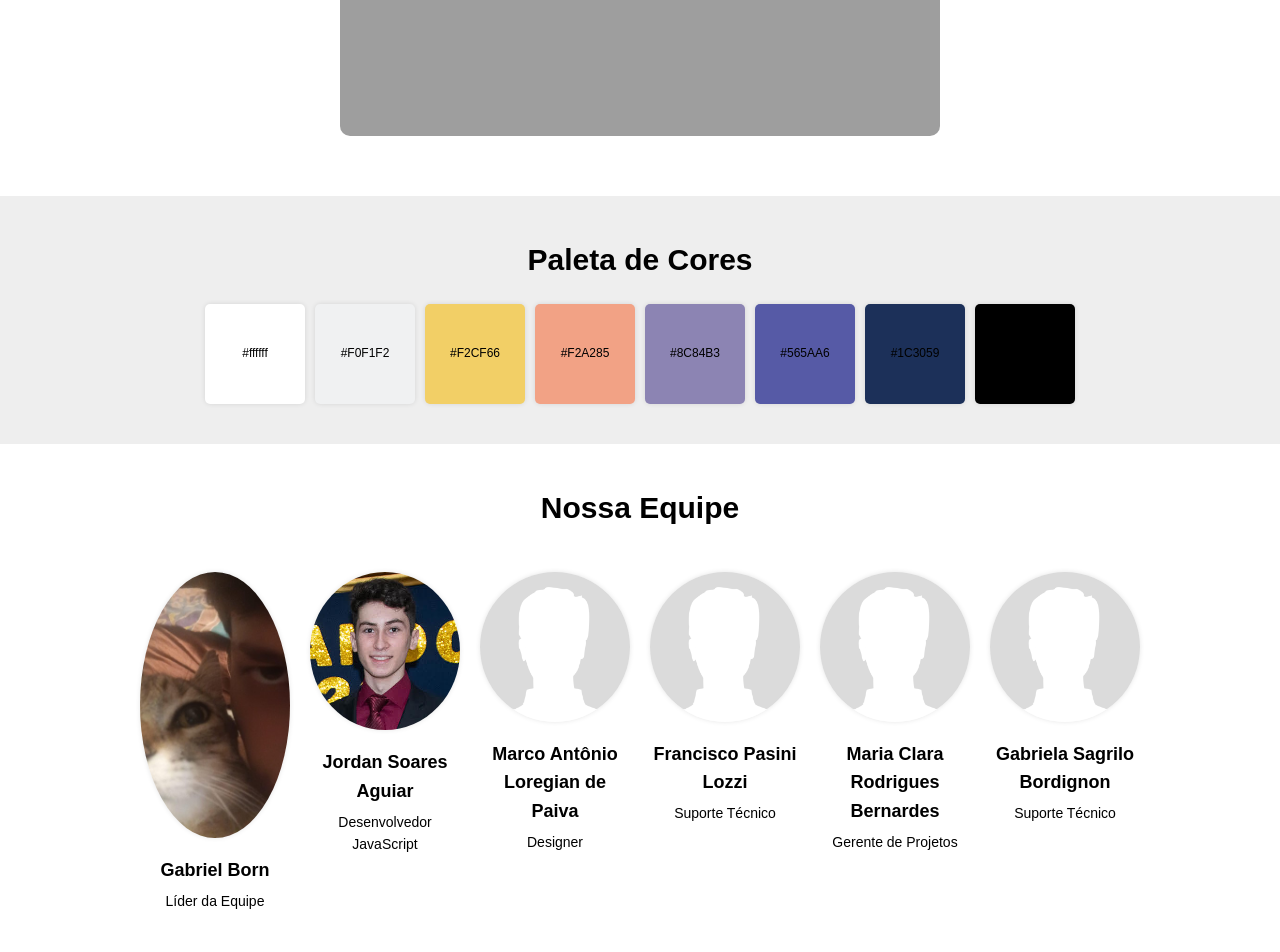
Repository: Gabrielb0rn/0EasyDesk.io
Page: about.html
These files come from the project's save history. The page is drawn as it stood at one moment and after a run of saves; the edit follows.
The browser window is 1280 px wide. The pictures show the part of the page from y = 800 to 1752 px (the page is 1752 px tall).
Pictures or frames that could not be fetched are drawn as grey boxes.

Above is the page before, as saved 2024-11-26 12:31:18.
Console error: TypeError: Cannot set properties of null (setting 'innerHTML')

### about.html
<!DOCTYPE html>
<html lang="pt-BR">
<head>
    <meta charset="UTF-8">
    <meta name="viewport" content="width=device-width, initial-scale=1.0">
    <title>EasyDesk</title>
    <link rel="stylesheet" href="assets\.css\components\about\about.css">
    <link rel="stylesheet" href="assets\.css\main.css">
    <link rel="shortcut icon" href="assets\.css\favicon\EasyDeskLogo.ico" type="image/x-icon">
</head>
<body>
    <header>
        <nav>
            <div class="left-section">
                <div class="logo">
                    <a href="index.html"><img src="assets\.css\favicon\EasyDeskLogo.ico" alt="Logo EasyDesk"></a>
                </div>
                <ul class="nav-links">
                    <li>
                        <img src="assets\.css\icons\nav\about-svgrepo-com.svg" alt="Sobre Nós">
                        <a href="about.html">Sobre Nós</a>
                    </li>
                    <li>
                        <img src="assets\.css\icons\nav\services-20px-svgrepo-com.svg" alt="Serviços">
                        <a href="services.html">Serviços</a>
                    </li>
                    <li>
                        <img src="assets\.css\icons\nav\prices-svgrepo-com.svg" alt="Preços / Planos">
                        <a href="prices.html">Preços / Planos</a>
                    </li>
                    <li>
                        <img src="assets\.css\icons\nav\shopping-bags-shopping-bag-svgrepo-com.svg" alt="Produtos">
                        <a href="product.html">Produtos</a>
                    </li>
                    <li>
                        <img src="assets\.css\icons\nav\contact-us-filled-svgrepo-com.svg" alt="Nos contate">
                        <a href="contactus.html">Nos contate</a>
                    </li>
                </ul>
            </div>
            <div class="auth-buttons">
                <div class="theme-toggle">
                    <img src="assets\.css\icons\nav\bright-sun-light-svgrepo-com.svg" alt="Mudar Tema" onclick="toggleTheme()">
                </div>

                <a href="login.html"><button class="sign-in">Login</button></a>
                <a href="register.html"><button>Register</button></a>
            </div>
        </nav>
    </header>
    <main>
        <section class="about-description">
            <h1>Sobre Nós</h1>
            <p>A EasyDesk é uma empresa especializada em soluções de gerenciamento de estoque que visa simplificar a organização e administração de inventários. Nosso objetivo é proporcionar uma plataforma fácil de usar e eficiente, que auxilie empresas de todos os tamanhos a manterem seus estoques sob controle, minimizando perdas e maximizando a eficiência operacional.</p>
        </section>

        <section class="about-location">
            <h2>Localização</h2>
            <div class="map-container">
                <iframe src="https://www.google.com/maps/embed?pb=!1m18!1m12!1m3!1d9510.208125819185!2d-48.49829735881138!3d-27.550291999660544!2m3!1f0!2f0!3f0!3m2!1i1024!2i768!4f13.1!3m3!1m2!1s0x9527475e01a8efef%3A0x5b0f13adab8483ec!2sSENAI%20Florian%C3%B3polis%20(CTAI)!5e1!3m2!1spt-BR!2sbr!4v1725464397725!5m2!1spt-BR!2sbr" width="600" height="450" style="border:0;" allowfullscreen="" loading="lazy" referrerpolicy="no-referrer-when-downgrade"x></iframe>
            </div>
        </section>

        <section class="about-colors">
            <h2>Paleta de Cores</h2>
            <div class="color-palette">
                <div class="color" style="background-color: #ffffff;">#ffffff</div>
                <div class="color" style="background-color: #F0F1F2;">#F0F1F2</div>
                <div class="color" style="background-color: #F2CF66;">#F2CF66</div>
                <div class="color" style="background-color: #F2A285;">#F2A285</div>
                <div class="color" style="background-color: #8C84B3;">#8C84B3</div>
                <div class="color" style="background-color: #565AA6;">#565AA6</div>
                <div class="color" style="background-color: #1C3059;">#1C3059</div>
                <div class="color" style="background-color: #000000;">#000000</div>
            </div>
        </section>

        <section class="about-team">
            <h2>Nossa Equipe</h2>
            <div class="team-members">
                <div class="member">
                    <img src="assets\.css\images\members\born (Telefone).jpg" alt="Gabriel Born">
                    <h3>Gabriel Born</h3>
                    <p>Líder da Equipe</p>

                </div>
                <div class="member">
                    <img src="assets\.css\images\members\jordan.jpg" alt="Membro 1">
                    <h3>Jordan Soares Aguiar</h3>
                    <p>Desenvolvedor JavaScript</p>
                </div>
                <div class="member">
                    <img src="assets\.css\images\members\v53_158.png" alt="Membro 2">
                    <h3>Marco Antônio Loregian de Paiva</h3>
                    <p>Designer</p>
                </div>
                <div class="member">
                    <img src="assets\.css\images\members\v53_158.png" alt="Membro 3">
                    <h3>Francisco Pasini Lozzi</h3>
                    <p>Suporte Técnico</p>
                </div>
                <div class="member">
                    <img src="assets\.css\images\members\v53_158.png" alt="Membro 4">
                    <h3>Maria Clara Rodrigues Bernardes</h3>
                    <p>Gerente de Projetos</p>
                </div>
                <div class="member">
                    <img src="assets\.css\images\members\v53_158.png" alt="Membro 5">
                    <h3>Gabriela Sagrilo Bordignon</h3>
                    <p>Suporte Técnico</p>
                </div>
            </div>
        </section>
    </main>
    <script src="assets\,js\main.js"></script>
</body>
</html>

### assets/.css/components/about/about.css
/* Seção Sobre Nós */
.about-description {
    text-align: center;
    padding: 40px 20px;
    background-color: var(--header-bg);
}

.about-description h1 {
    font-size: 36px;
    margin-bottom: 20px;
}

.about-description p {
    font-size: 18px;
    margin: 0 auto;
    max-width: 800px;
}

/* Seção Localização */
.about-location {
    text-align: center;
    padding: 40px 20px;
}

.about-location h2 {
    font-size: 30px;
    margin-bottom: 20px;
}

.map-container {
    display: flex;
    justify-content: center;
    margin-bottom: 20px;
}

/* Seção Paleta de Cores */
.about-colors {
    text-align: center;
    padding: 40px 20px;
    background-color: var(--card-bg);
}

.about-colors h2 {
    font-size: 30px;
    margin-bottom: 20px;
}

.color-palette {
    display: flex;
    justify-content: center;
    gap: 10px;
    flex-wrap: wrap;
}

.color {
    width: 100px;
    height: 100px;
    display: flex;
    justify-content: center;
    align-items: center;
    font-size: 12px;
    color: var(--text-color);
    border-radius: 5px;
    box-shadow: 0 0 5px rgba(0, 0, 0, 0.1);
}

/* Seção Nossa Equipe */
.about-team {
    text-align: center;
    padding: 40px 20px;
}

.about-team h2 {
    font-size: 30px;
    margin-bottom: 40px;
}

.team-members {
    display: flex;
    justify-content: center;
    gap: 20px;
    flex-wrap: wrap;
}

.member {
    width: 150px;
    text-align: center;
}

.member img {
    width: 100%;
    height: auto;
    border-radius: 50%;
    box-shadow: 0 0 5px rgba(0, 0, 0, 0.1);
    margin-bottom: 10px;
}

.member h3 {
    font-size: 18px;
    margin-bottom: 5px;
}

.member p {
    font-size: 14px;
    color: var(--text-color);
}

/* Mapa*/
iframe{
    border-radius:  10px;
}

### assets/.css/main.css
/* Reset básico */
* {
    margin: 0;
    padding: 0;
    box-sizing: border-box;
}

/* Variáveis de tema */
:root {
    --bg-color: #ffffff;
    --text-color: #000000;
    --header-bg: #f0f0f0;
    --link-color: #000000;
    --link-hover-color: #6a11cb;
    --button-bg: #dddddd;
    --button-text-color: #000000;
    --hero-bg-gradient: linear-gradient(135deg, #ab64a2, #537ec5); /* Atualizado */
    --card-bg: #eeeeee;
    --card-hover-color: #cccccc;
}

body.dark-theme {
    --bg-color: #121212;
    --text-color: white;
    --header-bg: #1a1a1a;
    --link-color: white;
    --link-hover-color: #6a11cb;
    --button-bg: #333;
    --button-text-color: white;
    --hero-bg-gradient: linear-gradient(to bottom, #6a11cb, #2575fc); /* Inalterado no modo escuro */
    --card-bg: #444;
    --card-hover-color: #555;
    --theme-icon: 'resources/nav/moon-white-svgrepo-com (1).svg';
}

body {
    font-family: Arial, sans-serif;
    background-color: var(--bg-color);
    color: var(--text-color);
    line-height: 1.6;
}

/* Estilo do Header */
header nav {
    display: flex;
    justify-content: space-between;
    align-items: center;
    padding: 20px;
    background-color: var(--header-bg);
}

/* Seção esquerda contendo a logo e os links */
.left-section {
    display: flex;
    align-items: center;
}

/* Logo alinhada à esquerda */
.logo {
    display: flex;
    align-items: center;
    margin-right: 30px;
}

.logo img {
    width: 60px;
    height: auto;
}

/* Links de navegação à direita da logo */
.nav-links {
    list-style: none;
    display: flex;
    gap: 20px;
    margin-left: 0;
}

.nav-links a.active {
    font-weight: bold; /* Exemplo: destaque com negrito */
    color: var(--link-hover-color); /* Altere a cor */
    text-decoration: underline; /* Opcional */
}

.nav-links img.active {
    filter: brightness(1.5); /* Torna a imagem mais destacada */
}

/* Estilo dos itens de navegação */
.nav-links li {
    display: flex;
    flex-direction: column;
    align-items: center;
}

/* Estilo das imagens dos links */
.nav-links img {
    width: 24px;
    height: auto;
    margin-bottom: 5px;
    transition: filter 0.3s ease;
}

body.dark-theme .nav-links img {
    filter: brightness(0) invert(1); /* Torna a imagem branca no modo escuro */
}

/* Estilo dos links */
.nav-links a {
    color: var(--link-color);
    text-decoration: none;
    font-size: 16px;
    transition: color 0.3s ease;
}

.nav-links a:hover {
    color: var(--link-hover-color);
}

/* Botões de autenticação */
.auth-buttons {
    display: flex;
    gap: 10px;
    align-items: center; /* Centraliza verticalmente */
}

.auth-buttons button {
    background-color: var(--button-bg);
    color: var(--button-text-color);
    border: none;
    padding: 10px 20px;
    cursor: pointer;
    border-radius: 5px;
    transition: background-color 0.3s ease;
}

.auth-buttons .sign-in {
    background-color: transparent;
    border: 1px solid var(--button-text-color);
}

.auth-buttons button:hover {
    background-color: var(--link-hover-color);
}

/* Hero Section */
.hero {
    text-align: center;
    padding: 80px 20px;
    background: var(--hero-bg-gradient);
}

.hero h1 {
    font-size: 56px;
    margin-bottom: 20px;
}

.hero p {
    font-size: 24px;
    margin-bottom: 40px;
}

.hero-images {
    display: flex;
    justify-content: center;
    gap: 20px;
    margin-bottom: 30px;
}

.hero-images img {
    width: 200px;
    height: auto;
    border-radius: 10px;
}

.hero-links {
    display: flex;
    justify-content: center;
    gap: 20px;
    flex-wrap: wrap;
}

.hero-links a {
    color: var(--link-color);
    text-decoration: none;
    font-size: 18px;
    background-color: var(--button-bg);
    padding: 10px 20px;
    border-radius: 5px;
    transition: background-color 0.3s ease;
}

.hero-links a:hover {
    background-color: var(--link-hover-color);
}

/* Overview Section */
.overview {
    display: flex;
    justify-content: space-around;
    padding: 40px 20px;
    background-color: var(--header-bg);
}

.card {
    background-color: var(--card-bg);
    padding: 20px;
    border-radius: 10px;
    width: 250px;
    text-align: center;
    transition: transform 0.3s ease;
}

.card:hover {
    transform: translateY(-10px);
    background-color: var(--card-hover-color);
}

.card h2 {
    font-size: 24px;
    margin-bottom: 15px;
}

.card p {
    margin-bottom: 10px;
    color: var(--text-color);
}

/* Estilo Responsivo */
@media (max-width: 768px) {
    .hero h1 {
        font-size: 40px;
    }

    .hero p {
        font-size: 20px;
    }

    .hero-images img {
        width: 150px;
    }

    .overview {
        flex-direction: column;
        align-items: center;
    }

    .card {
        width: 80%;
        margin-bottom: 20px;
    }
}

/* Estilo do botão de mudança de tema */
.theme-toggle img {
    margin-right: 15px;
    margin-top: 8px;
    width: 24px;
    height: auto;
    cursor: pointer;
    transition: filter 0.3s ease, transform 0.3s ease;
}

.theme-toggle img:hover {
    transform: scale(1.1);
}

body.dark-theme .theme-toggle img {
    filter: brightness(0) invert(1); /* Torna a imagem branca no modo escuro */
}

/* Responsividade para telas menores */
@media (max-width: 768px) {
    .contact-form-section {
        padding: 20px;
    }

    .contact-form button {
        padding: 12px;
    }
}

/* Seção específica para a página do plano básico */
.hero h1 {
    font-size: 48px;
    margin-bottom: 20px;
}

.hero p {
    font-size: 22px;
    margin-bottom: 40px;
}

/* Particulas bonitinhas */

.particle {
    position: absolute;
    width: 12px;
    height: 12px;
    background-color: #40ffff;
    border-radius: 50%;
    pointer-events: none;
    animation: particle-move 1s forwards;
}

@keyframes particle-move {
    to {
        transform: translate(var(--x), var(--y));
        opacity: 0;
    }
}

### assets/,js/main.js
function toggleTheme() {
    // Alterna a classe 'dark-theme' no body
    document.body.classList.toggle('dark-theme');

    // Verifica se o tema dark está ativado e armazena isso no localStorage
    if (document.body.classList.contains('dark-theme')) {
        localStorage.setItem('theme', 'dark');
    } else {
        localStorage.setItem('theme', 'light');
    }
}

// Função para aplicar o tema salvo no localStorage ao carregar a página
function applyTheme() {
    // Verifica o valor armazenado no localStorage
    const savedTheme = localStorage.getItem('theme');

    // Se o tema salvo for 'dark', aplica a classe 'dark-theme' no body
    if (savedTheme === 'dark') {
        document.body.classList.add('dark-theme');
    } else {
        document.body.classList.remove('dark-theme');
    }
}

// Chama a função para aplicar o tema ao carregar a página
document.addEventListener('DOMContentLoaded', function() {
    applyTheme(); // Aplica o tema salvo ao carregar a página

});

document.addEventListener('DOMContentLoaded', function() {
    // Função para registrar novo usuário
    function registerUser(name, email, password) {
        let users = JSON.parse(localStorage.getItem('users')) || [];
        let user = { name, email, password };
        users.push(user);
        localStorage.setItem('users', JSON.stringify(users));
    }

    // Função para autenticar usuário
    function loginUser(email, password) {
        let users = JSON.parse(localStorage.getItem('users')) || [];
        let user = users.find(user => user.email === email && user.password === password);
        return user ? true : false;
    }

    // Função para verificar se usuário está logado
    function checkLogin() {
        let isLoggedIn = localStorage.getItem('isLoggedIn');
        if (!isLoggedIn && window.location.pathname !== '/index.html' && window.location.pathname !== '/register.html') {
            window.location.href = 'index.html';
        }
    }

    // Adicionar usuário admin
    function addAdminUser() {
        let users = JSON.parse(localStorage.getItem('users')) || [];
        let adminExists = users.some(user => user.email === 'admin@admin.com');
        if (!adminExists) {
            users.push({ name: 'admin', email: 'admin@admin.com', password: 'admin' });
            localStorage.setItem('users', JSON.stringify(users));
        }
    }

    // Adicionar usuário admin no carregamento da página
    addAdminUser();

    // Eventos da página de cadastro
    if (window.location.pathname.endsWith('register.html')) {
        document.getElementById('registerForm').addEventListener('submit', function(event) {
            event.preventDefault();
            let name = document.getElementById('name').value;
            let email = document.getElementById('email').value;
            let password = document.getElementById('password').value;
            registerUser(name, email, password);
            alert('Usuário registrado com sucesso!');
            window.location.href = 'index.html';
        });
    }

    // Eventos da página de login
    if (window.location.pathname.endsWith('index.html')) {
        document.getElementById('loginForm').addEventListener('submit', function(event) {
            event.preventDefault();
            let email = document.getElementById('email').value;
            let password = document.getElementById('password').value;
            if (loginUser(email, password)) {
                localStorage.setItem('isLoggedIn', true);
                window.location.href = 'dashboard.html';
            } else {
                alert('E-mail ou senha incorretos.');
            }
        });
    }

    // Eventos da página de gerenciamento de produtos
    if (window.location.pathname.endsWith('dashboard.html')) {
        checkLogin();
        document.getElementById('productForm').addEventListener('submit', function(event) {
            event.preventDefault();
            let name = document.getElementById('productName').value;
            let description = document.getElementById('productDescription').value;
            let price = document.getElementById('productPrice').value;
            let quantity = document.getElementById('productQuantity').value;
            saveProduct(name, description, price, quantity);
            alert('Produto salvo com sucesso!');
            displayProducts();
        });

        function displayProducts() {
            let productList = document.getElementById('productList');
            productList.innerHTML = '';
            let products = listProducts();
            products.forEach(product => {
                let productElement = document.createElement('div');
                productElement.className = 'product';
                productElement.innerHTML = `
                    <h3>${product.name}</h3>
                    <p>${product.description}</p>
                    <p>Preço: ${product.price}</p>
                    <p>Quantidade: ${product.quantity}</p>
                    <button onclick="editProduct(${product.id}, '${product.name}', '${product.description}', ${product.price}, ${product.quantity})">Editar</button>
                    <button onclick="deleteProduct(${product.id})">Excluir</button>
                `;
                productList.appendChild(productElement);
            });
        }

        displayProducts();
    }

});

// Ajusta a navbar dinamicamente com base no status de login
const authSection = document.getElementById('auth-section');
const isLoggedIn = sessionStorage.getItem('isLoggedIn');
const userRole = sessionStorage.getItem('userRole');

if (isLoggedIn === 'true') {
    if (userRole === 'admin') {
        console.log('Exibindo ícone de admin...');
        authSection.innerHTML = `
        <div class="theme-toggle">
        <img src="assets/.css/icons/nav/bright-sun-light-svgrepo-com.svg" alt="Mudar Tema" onclick="toggleTheme()">
        </div>
            <div class="nav-links">
                <img src="assets/.css/icons/admin/crown-svgrepo-com.svg" alt="Admin" width="24px" height="auto">
            </div>
            <button class="logout" onclick="logout()">Logout</button>
            `;
    } else {
        authSection.innerHTML = `
            <button class="logout" onclick="logout()">Logout</button>
        `;
    }
} else {
    authSection.innerHTML = `
        <div class="theme-toggle">
        <img src="assets/.css/icons/nav/bright-sun-light-svgrepo-com.svg" alt="Mudar Tema" onclick="toggleTheme()">
        </div>
        <a href="login.html"><button class="sign-in">Login</button></a>
        <a href="register.html"><button>Register</button></a>
    `;
}

function logout() {
    sessionStorage.clear();
    alert('Você saiu.');
    window.location.href = 'product.html';
    authSection.innerHTML = `
        <a href="login.html"><button class="sign-in">Login</button></a>
        <a href="register.html"><button>Register</button></a>
    `;
}

//função para fazer as particulas bonitinhas

const container = document.querySelector('.hero');

container.addEventListener('mousemove', (e) => {
    createParticle(e.clientX, e.clientY);
});

function createParticle(x, y) {
    const particle = document.createElement('div');
    particle.classList.add('particle');

    particle.style.left = `${x - 5}px`;
    particle.style.top = `${y - 5}px`;

    const angle = Math.random() * 2 * Math.PI;
    const distance = Math.random() * 50 + 30;
    const xOffset = Math.cos(angle) * distance;
    const yOffset = Math.sin(angle) * distance;

    particle.style.setProperty('--x', `${xOffset}px`);
    particle.style.setProperty('--y', `${yOffset}px`);

    container.appendChild(particle);

    setTimeout(() => {
        particle.remove();
    }, 1000);
}

// NAV Ativo
// Obter a URL atual
const currentPath = window.location.pathname;

// Selecionar todos os links no menu
const navLinks = document.querySelectorAll(".nav-links a");

// Iterar pelos links para encontrar o que corresponde à URL atual
navLinks.forEach(link => {
    if (link.getAttribute("href") === currentPath) {
        link.classList.add("active");
        // Adiciona também à imagem associada
        const img = link.previousElementSibling;
        if (img && img.tagName === "IMG") {
            img.classList.add("active");
        }
    }
});

After the next 2 saves:
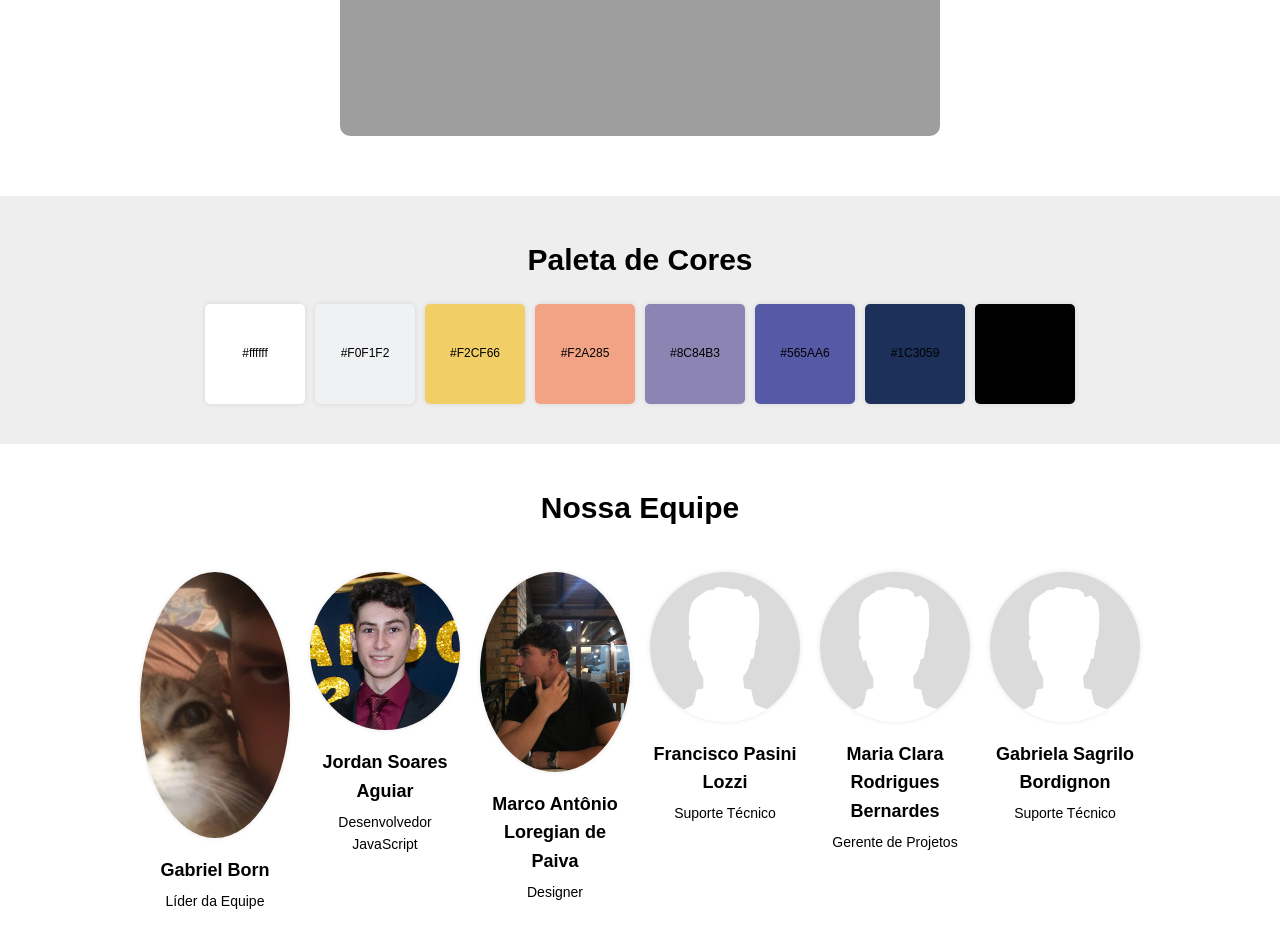
The 2 saves are shown as one change because they came seconds apart.
The last was saved 7 s later.
--- a/about.html
+++ b/about.html
@@ -90,7 +90,7 @@
                     <p>Desenvolvedor JavaScript</p>
                 </div>
                 <div class="member">
-                    <img src="assets\.css\images\members\v53_158.png" alt="Membro 2">
+                    <img src="assets\.css\images\members\marco.jpg" alt="Membro 2">
                     <h3>Marco Antônio Loregian de Paiva</h3>
                     <p>Designer</p>
                 </div>
